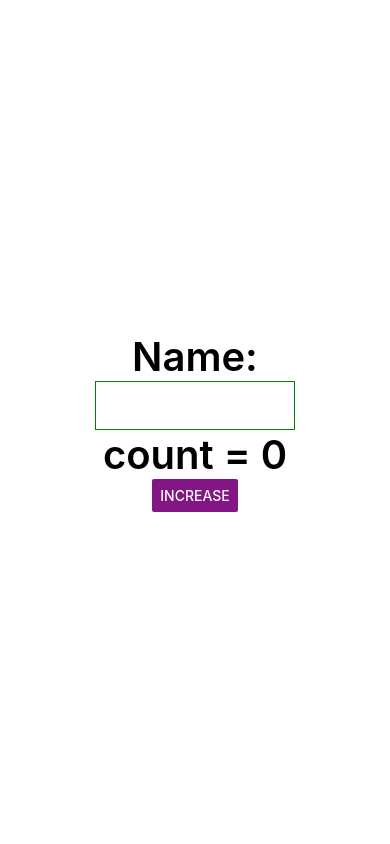
Repository: Ducbii4202/React-Native
Screen: /
These files come from the project's save history. The screen is drawn as it stood at one moment and after the next save; the edit follows.
The app was drawn by React Native's web renderer in a window 390 px wide. The project was rebuilt for these pictures with package versions that can differ from the ones it lists, and the page was loaded fresh each time.

Above is the screen before, as saved 2024-09-14 01:56:02.

### App.tsx

import { useState } from 'react';
import { Button, StyleSheet, Text, TextInput, View } from 'react-native';

export default function App() {
  const [count, setCount] = useState(0);
  const [name, setName] = useState("");

  return (
    <View style={styles.container}>
      <Text style={{fontSize:40, fontWeight:"600"}}>Name:{name }</Text>
      <TextInput
        style={{
          borderColor: "green",
          borderWidth: 1,
          width: 200,
          padding: 15,

        }}
      />
      <Text style={{fontSize:40, fontWeight:"600"}}>
      count = {count}
      </Text>
      <View>
        <Button color="#841584"
          title='Increase'
          onPress={() => setCount(count + 1)} />
      </View>
    </View>
  );
}


//css in js
const styles = StyleSheet.create({
  container: {
    flex: 1,
    backgroundColor: '#fff',
    alignItems: 'center',
    justifyContent: 'center',
  },
  hello1: {
    color: "violet",
    borderColor: "pink",
    borderWidth: 1,
    fontSize: 30,
    padding:10,
  },
  header: {
    fontSize: 30,
    fontWeight:"600",
  }
});

After the next save:
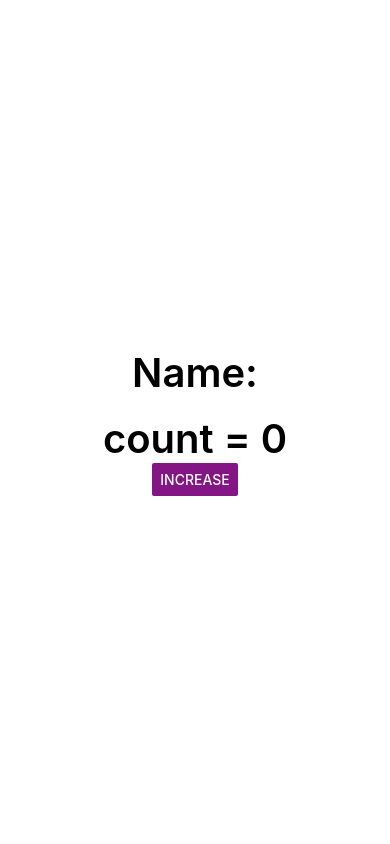
Saved 62 s later.
--- a/App.tsx
+++ b/App.tsx
@@ -10,11 +10,10 @@
     <View style={styles.container}>
       <Text style={{fontSize:40, fontWeight:"600"}}>Name:{name }</Text>
       <TextInput
+
+
         style={{
-          borderColor: "green",
-          borderWidth: 1,
-          width: 200,
-          padding: 15,
+
 
         }}
       />
@@ -49,5 +48,11 @@
   header: {
     fontSize: 30,
     fontWeight:"600",
+  },
+  input: {
+    borderColor: "green",
+          borderWidth: 1,
+          width: 200,
+          padding: 15,
   }
 });

After the save that followed:
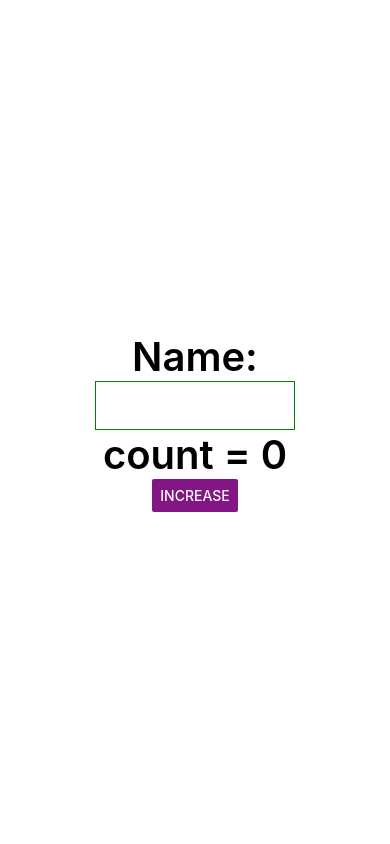
Saved 27 s later.
--- a/App.tsx
+++ b/App.tsx
@@ -9,13 +9,7 @@
   return (
     <View style={styles.container}>
       <Text style={{fontSize:40, fontWeight:"600"}}>Name:{name }</Text>
-      <TextInput
-
-
-        style={{
-
-
-        }}
+      <TextInput style={styles.input}
       />
       <Text style={{fontSize:40, fontWeight:"600"}}>
       count = {count}
